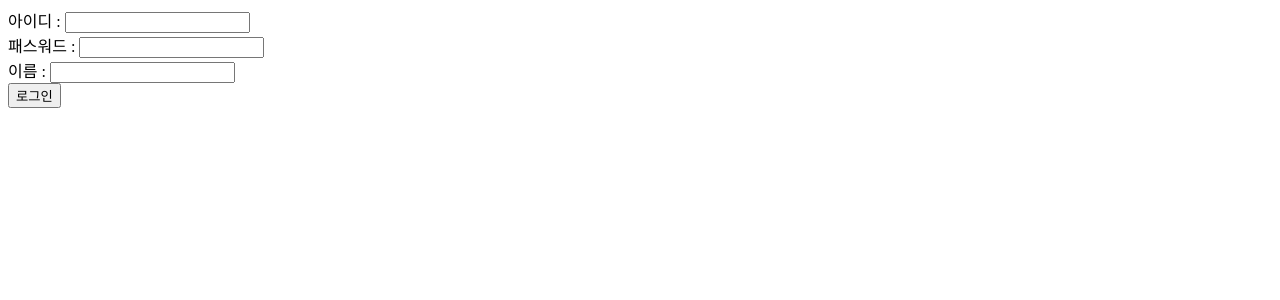
Repository: JeongYT/JSP
Page: jspproject/src/main/webapp/login.html
These files come from the project's save history. The page is drawn as it stood at one moment and after the next save; the edit follows.
The browser window is 1280 px wide. The pictures show the whole page.

Above is the page before, as saved 2023-07-06 07:28:13.

### jspproject/src/main/webapp/login.html
<!DOCTYPE html>
<html>
<head>
<meta charset="UTF-8">
<title>Insert title here</title>
</head>
<body>
	<form action="/hello">
		아이디 : <input type="text" name="id"> <br>
		패스워드 : <input type="password" name="pw"> <br>
		이름 : <input type="text" name="name"> <br>
		<input type="submit" value="로그인">
	</form>
</body>
</html>

After the next save:
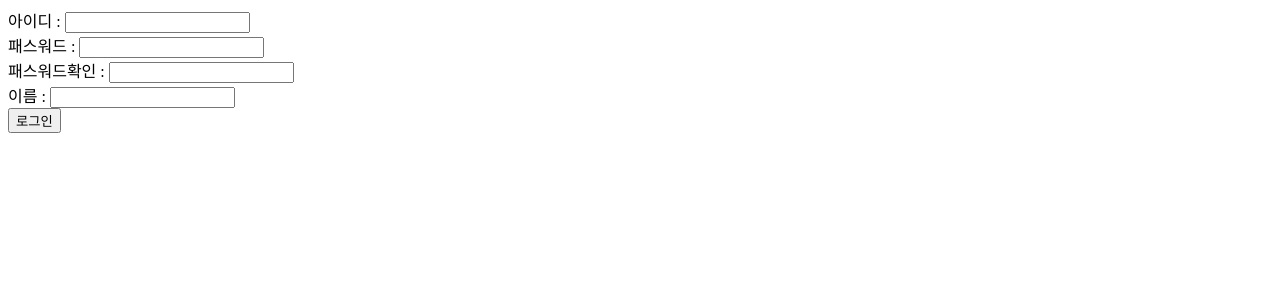
Saved 40 s later.
--- a/jspproject/src/main/webapp/login.html
+++ b/jspproject/src/main/webapp/login.html
@@ -8,6 +8,7 @@
 	<form action="/hello">
 		아이디 : <input type="text" name="id"> <br>
 		패스워드 : <input type="password" name="pw"> <br>
+		패스워드확인 : <input type="password" name="pw2"> <br>
 		이름 : <input type="text" name="name"> <br>
 		<input type="submit" value="로그인">
 	</form>
